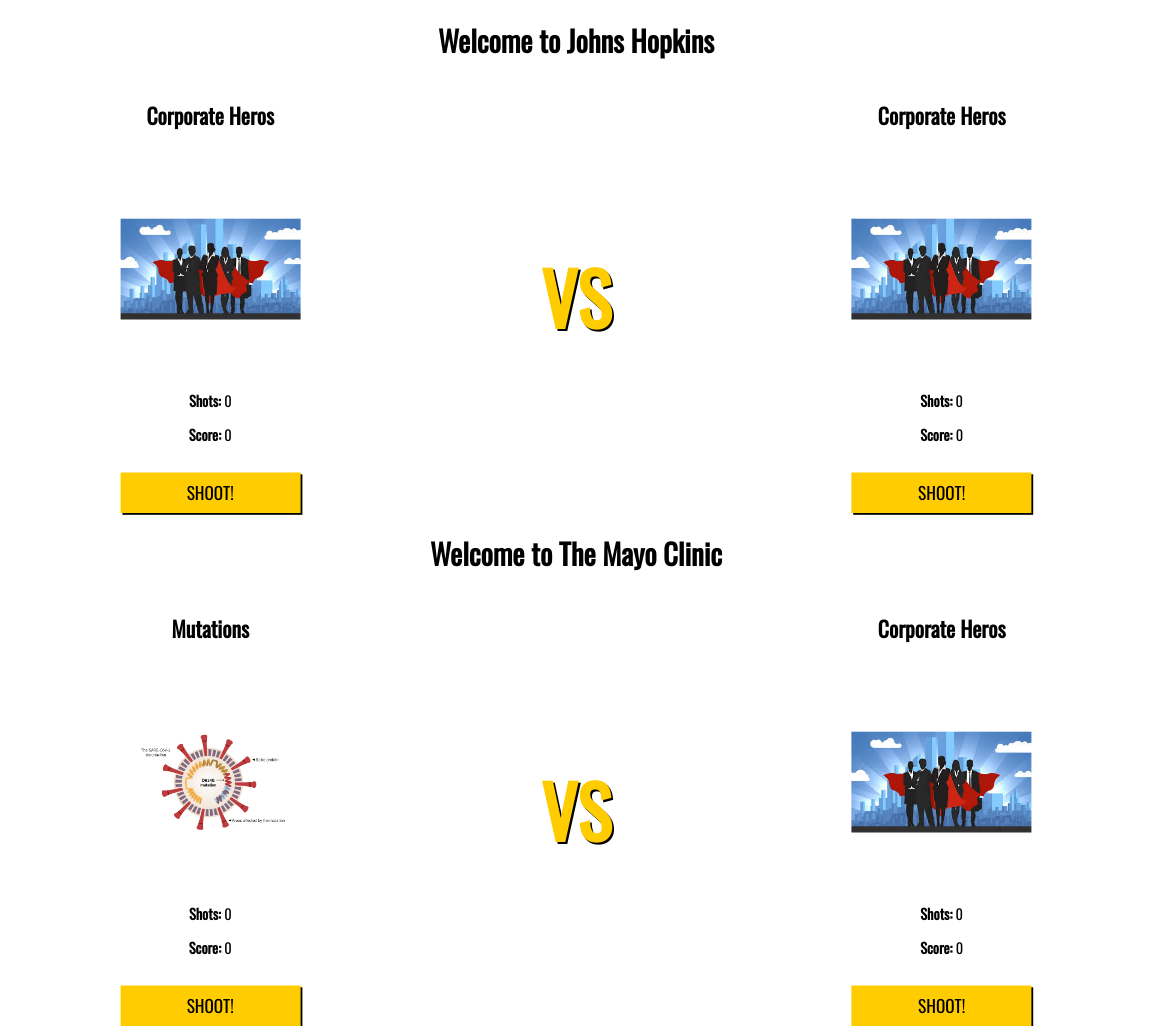
Repository: marcusmerrick/reactSportsGame
Page: index.html
An editor plug-in stored every save of this project. The page is shown before and after a run of saves, followed by the edit.
The browser window is 1280 px wide. The pictures show the whole page, at 90% of full size.
Some web fonts or font styles are not loaded; a fallback is used. Some web libraries are served in a nearby version.

Above is the page before, as saved 2020-07-31 00:19:16.

After the next 2 saves:
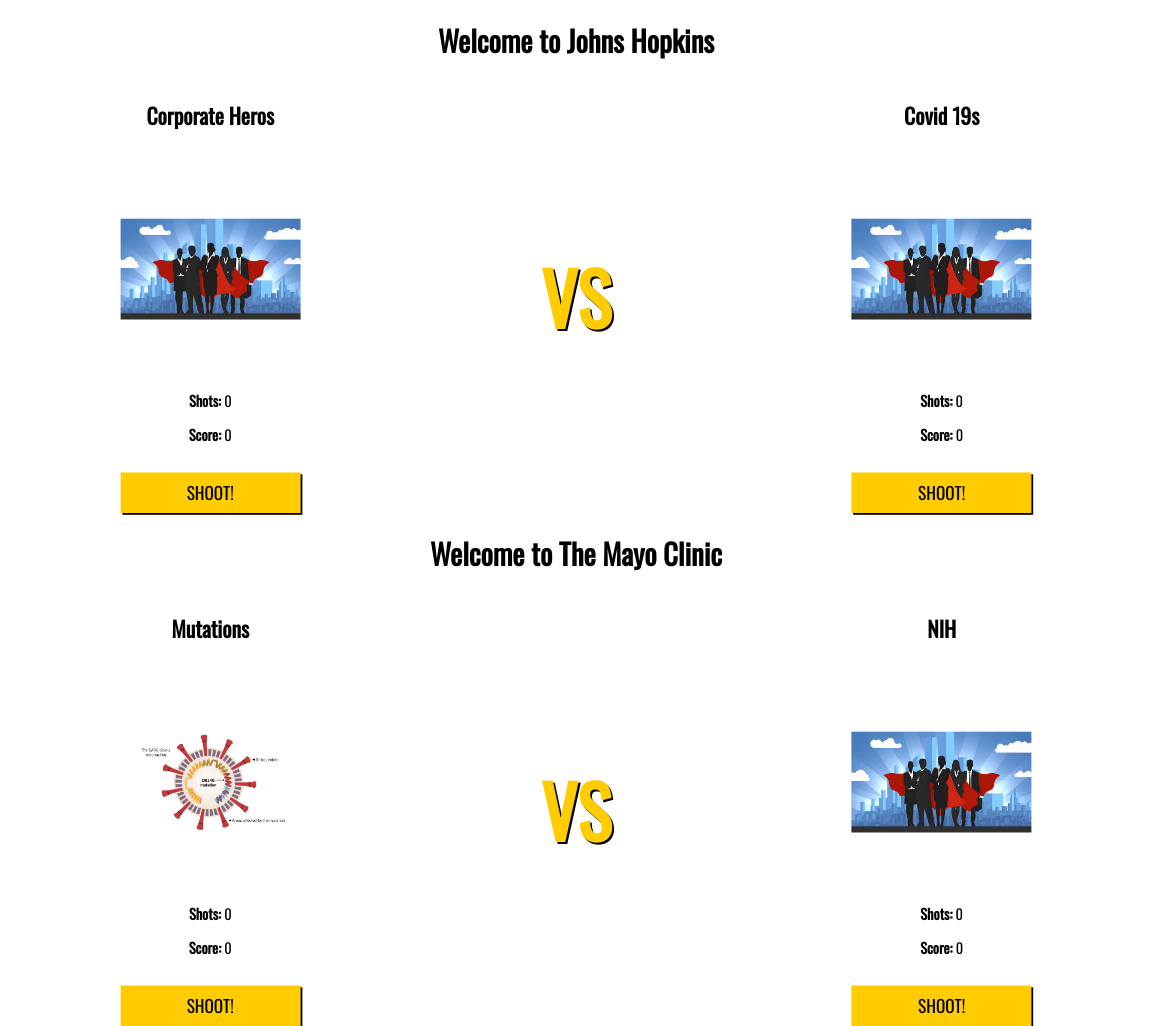
The 2 saves are shown as one change because they came seconds apart.
The last was saved 11 s later.
--- a/main.js
+++ b/main.js
@@ -77,8 +77,9 @@
                 <h1>VS</h1>
             </div>
 
-            <Team name={"Corporate Heros" }
-            logo="./assets/team2.jpg" />
+            <Team name={props.homeTeam.name}
+            logo="./assets/team2.jpg"
+            />
             </div>
         </div>
     )
